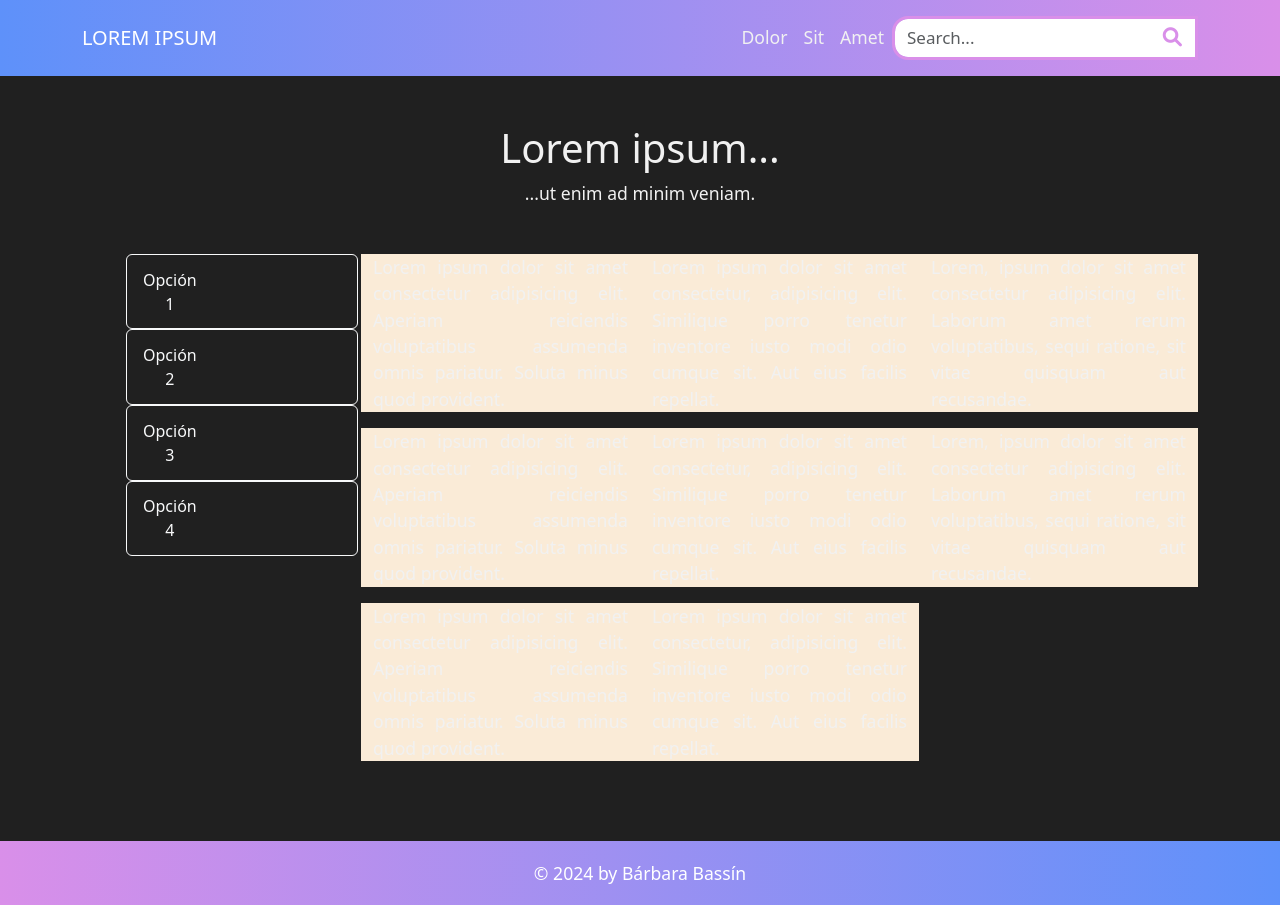
Repository: romancegirl/responsiveness
Page: index.html
These files come from the project's save history. The page is drawn as it stood at one moment and after the next save; the edit follows.
The browser window is 1280 px wide. The pictures show the whole page.

Above is the page before, as saved 2024-11-19 21:03:31.

After the next save:
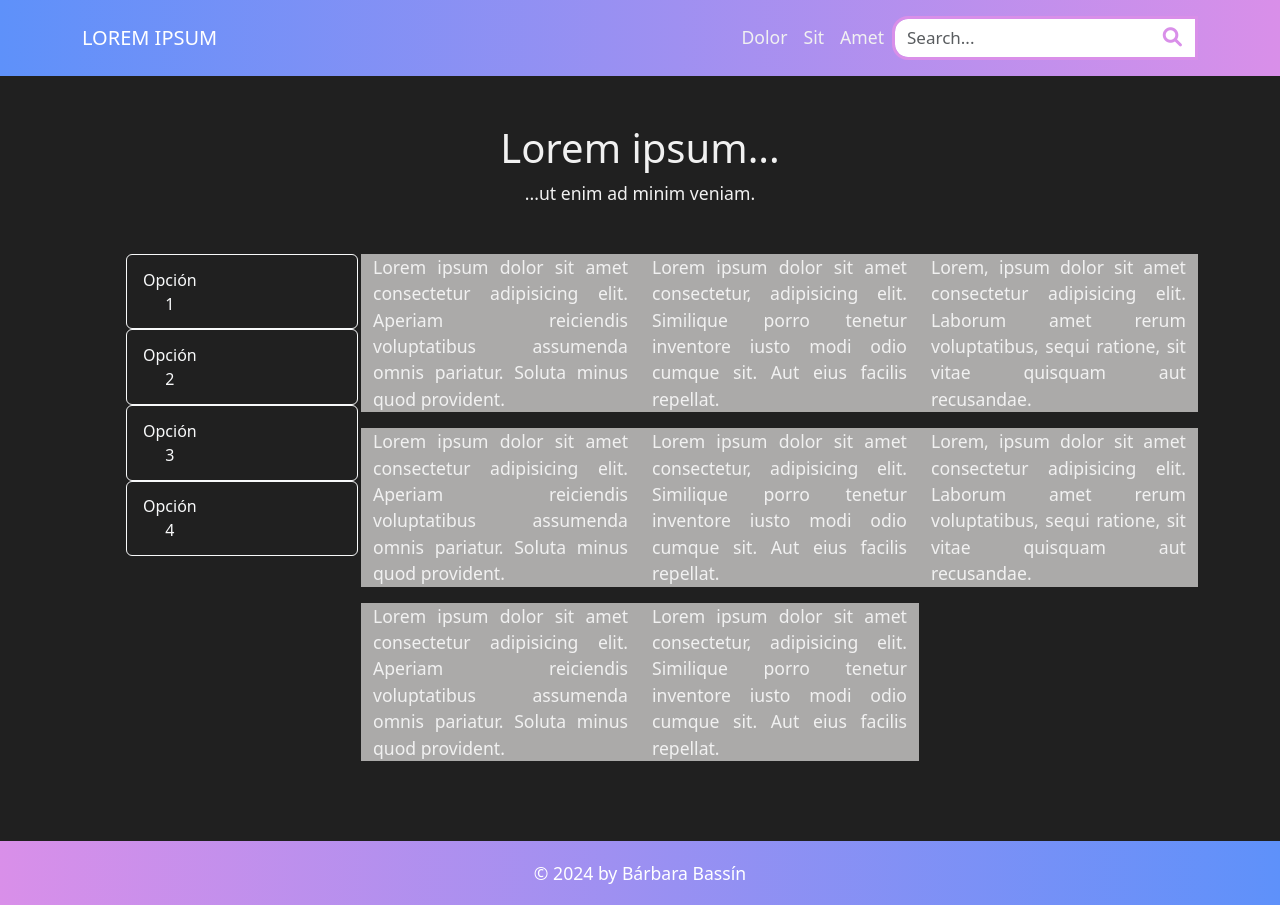
Saved 31 s later.
--- a/css/styles.css
+++ b/css/styles.css
@@ -57,7 +57,7 @@ p {
 
 .paragraph {
 margin-bottom: 1rem;
-background-color: antiquewhite;
+background-color: rgb(171, 170, 169);
 }
 
 .inside {
